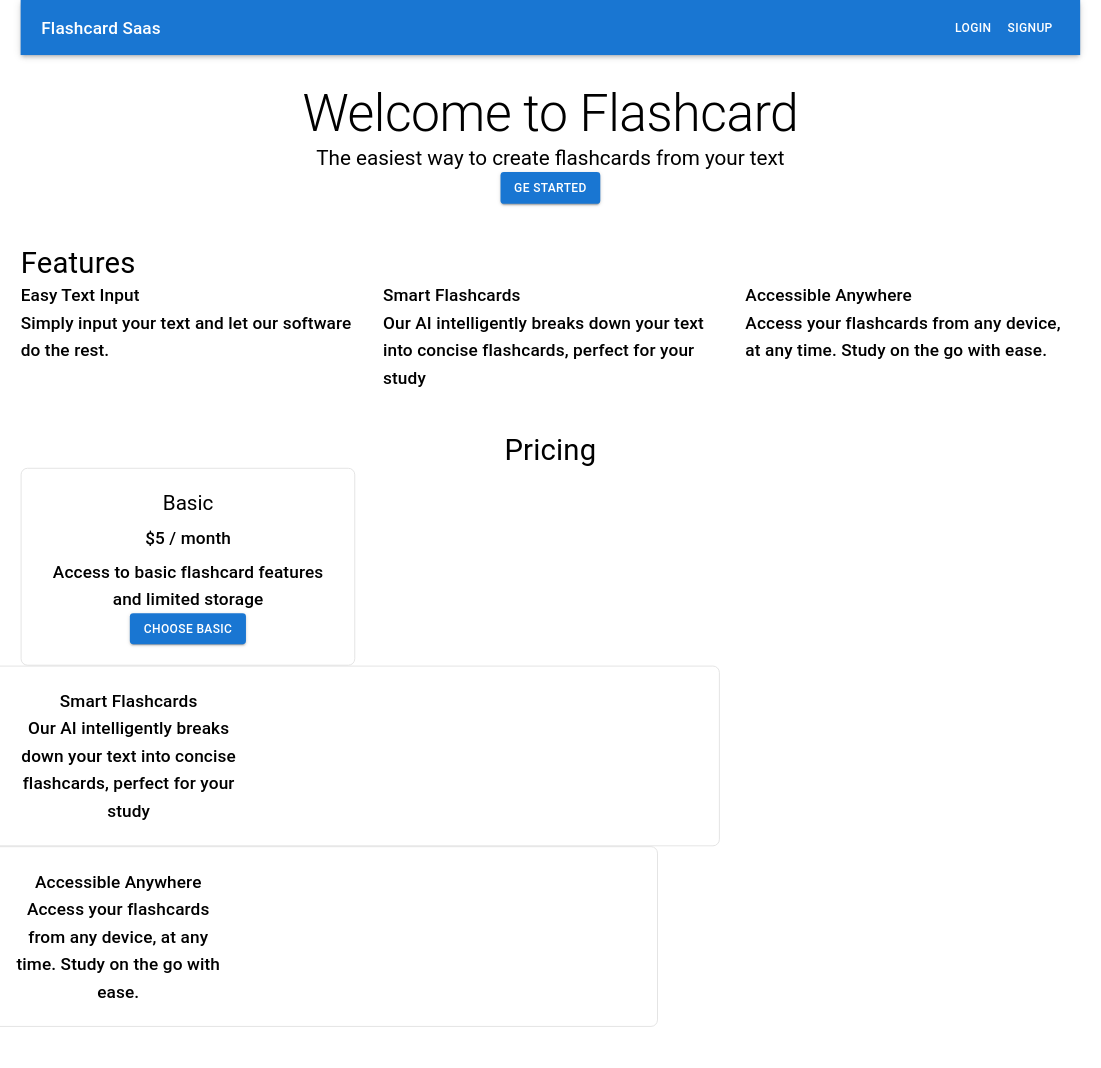
Repository: rakeshpuppala2590/AI-Flashcards-Stripe
Page: /
The author's editor kept a copy of each file at every save. The page is drawn from the files as they stood at one save, then again after the next save.
The browser window is 1280 px wide. The pictures show the whole page, at 86% of full size.
The page's requests for data from a server got no answer. The project was rebuilt for these pictures with package versions that can differ from the ones it lists, and the page was loaded fresh each time. Some packages were replaced by stand-ins written for this rebuild. The framework's server and built-in components were replaced by stand-ins that run in the browser. No one was signed in, and anything a server would have sent is missing. Also part of the build but not shown: next.config.mjs.

Above is the page before, as saved 2024-08-12 15:10:40.

### src/app/page.js
import getStripe from "../../utils/get-stripe";
import { SignedIn, SignedOut, UserButton } from "@clerk/nextjs";
import Head from "next/head";
import {
  Grid,
  AppBar,
  Button,
  Container,
  Toolbar,
  Typography,
  Box,
} from "@mui/material";

export default function Home() {
  return (
    <Container maxWidth="100vW">
      <Head>
        <title>Flashcard Saas</title>
        <meta
          name="description"
          content="create flashcard from your text"
        ></meta>
      </Head>

      <AppBar position="static">
        <Toolbar>
          <Typography variant="h6" style={{ flexGrow: 1 }}>
            Flashcard Saas
          </Typography>
          <SignedOut>
            <Button color="inherit">Login</Button>
            <Button color="inherit">SignUp</Button>
          </SignedOut>
          <SignedIn>
            <Button>Logout</Button>
          </SignedIn>
        </Toolbar>
      </AppBar>

      <Box
        sx={{
          textAlign: "center",
          my: 4,
        }}
      >
        <Typography variant="h2">Welcome to Flashcard</Typography>
        <Typography variant="h5">
          {" "}
          The easiest way to create flashcards from your text
        </Typography>
        <Button variant="contained" color="primary">
          Ge Started
        </Button>
      </Box>
      <Box sx={{ my: 6 }}>
        <Typography variant="h4">Features</Typography>
        <Grid container spacing={4}>
          <Grid item xs={12} md={4}>
            {" "}
            <Typography variant="h6">Easy Text Input</Typography>
            <Typography variant="h6"> </Typography>
            <Typography variant="h6">
              Simply input your text and let our software do the rest.
            </Typography>
          </Grid>
          <Grid item xs={12} md={4}>
            {" "}
            <Typography variant="h6">Smart Flashcards</Typography>
            <Typography variant="h6"> </Typography>
            <Typography variant="h6">
              Our AI intelligently breaks down your text into concise
              flashcards, perfect for your study
            </Typography>
          </Grid>
          <Grid item xs={12} md={4}>
            {" "}
            <Typography variant="h6">Accessible Anywhere</Typography>
            <Typography variant="h6"> </Typography>
            <Typography variant="h6">
              Access your flashcards from any device, at any time. Study on the
              go with ease.
            </Typography>
          </Grid>
        </Grid>
      </Box>
      <Box sx={{ my: 6, textAlign: "center" }}>
        <Typography variant="h4">Pricing</Typography>
        <Grid container spacing={4}>
          <Grid item xs={12} md={4}>
            <Box
              sx={{
                p: 3,
                border: "1px solid",
                borderColor: "grey.300",
                borderRadius: 2,
              }}
            >
              <Typography variant="h5" gutterBottom>
                Basic
              </Typography>
              <Typography variant="h6" gutterBottom>
                $5 / month{" "}
              </Typography>
              <Typography variant="h6">
                {" "}
                Access to basic flashcard features and limited storage
              </Typography>
              <Button variant="contained" color="primary">
                Choose Basic
              </Button>
            </Box>
          </Grid>
          <Box
            sx={{
              p: 3,
              border: "1px solid",
              borderColor: "grey.300",
              borderRadius: 2,
            }}
          >
            <Grid item xs={12} md={4}>
              {" "}
              <Typography variant="h6">Smart Flashcards</Typography>
              <Typography variant="h6"> </Typography>
              <Typography variant="h6">
                Our AI intelligently breaks down your text into concise
                flashcards, perfect for your study
              </Typography>
            </Grid>
          </Box>
          <Box
            sx={{
              p: 3,
              border: "1px solid",
              borderColor: "grey.300",
              borderRadius: 2,
            }}
          >
            <Grid item xs={12} md={4}>
              {" "}
              <Typography variant="h6">Accessible Anywhere</Typography>
              <Typography variant="h6"> </Typography>
              <Typography variant="h6">
                Access your flashcards from any device, at any time. Study on
                the go with ease.
              </Typography>
            </Grid>
          </Box>
        </Grid>
      </Box>
    </Container>
  );
}

### utils/get-stripe.js
import { loadStripe } from "@stripe/stripe-js";
let stripePromise;
const getStripe = () => {
  if (!stripePromise) {
    stripePromise = loadStripe(process.env.NEXTJS_PUBLIC_STRIPE_PULIC_KEY);
  }
  return stripePromise;
};
export default getStripe;

Loaded but not shown: src/app/layout.js (common file); src/app/globals.css (common file); tailwind.config.js (common file)

After the next save:
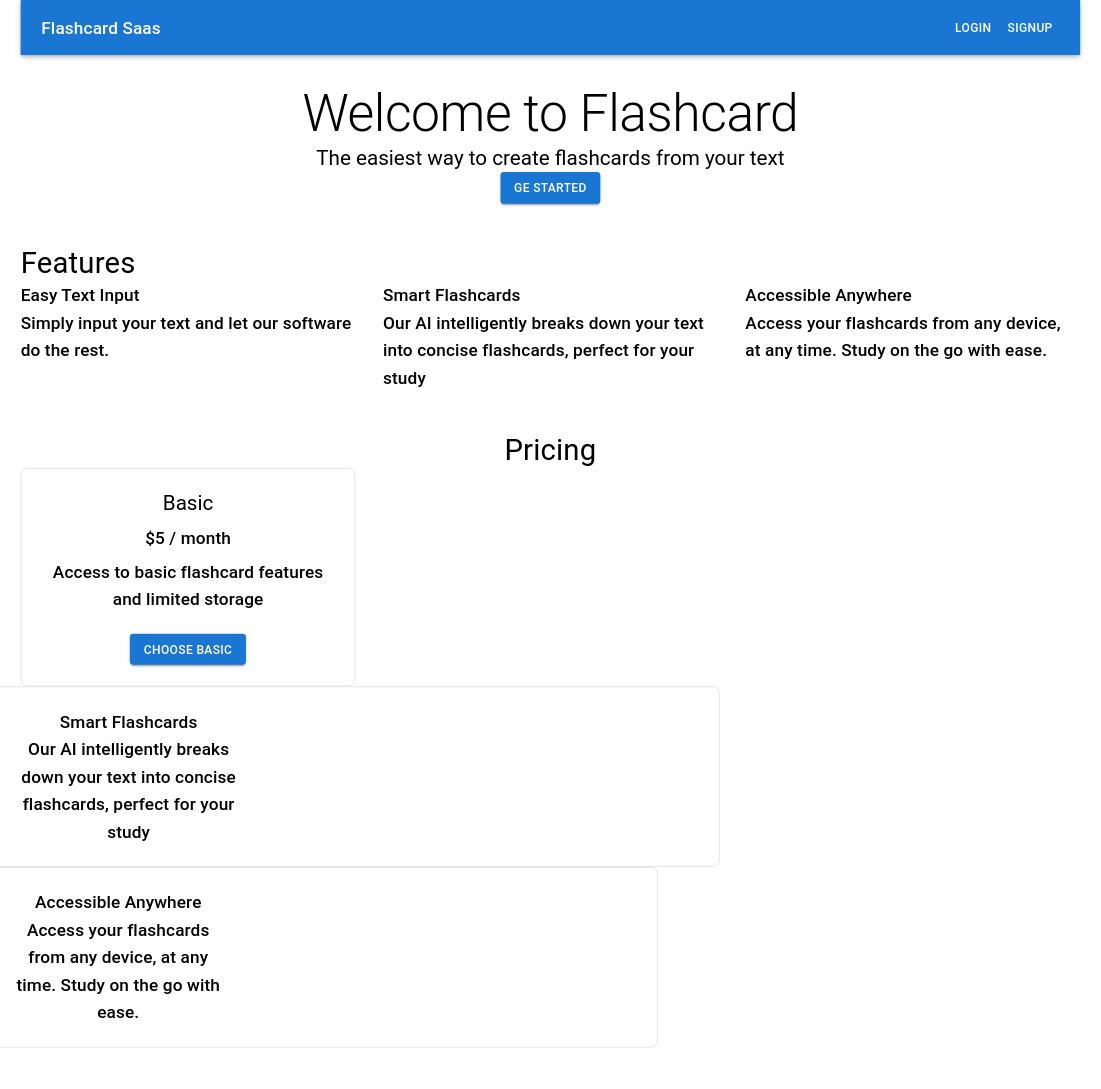
Saved 39 s later.
--- a/src/app/page.js
+++ b/src/app/page.js
@@ -105,7 +105,7 @@ export default function Home() {
                 {" "}
                 Access to basic flashcard features and limited storage
               </Typography>
-              <Button variant="contained" color="primary">
+              <Button variant="contained" color="primary" sx={{ mt: 3 }}>
                 Choose Basic
               </Button>
             </Box>
